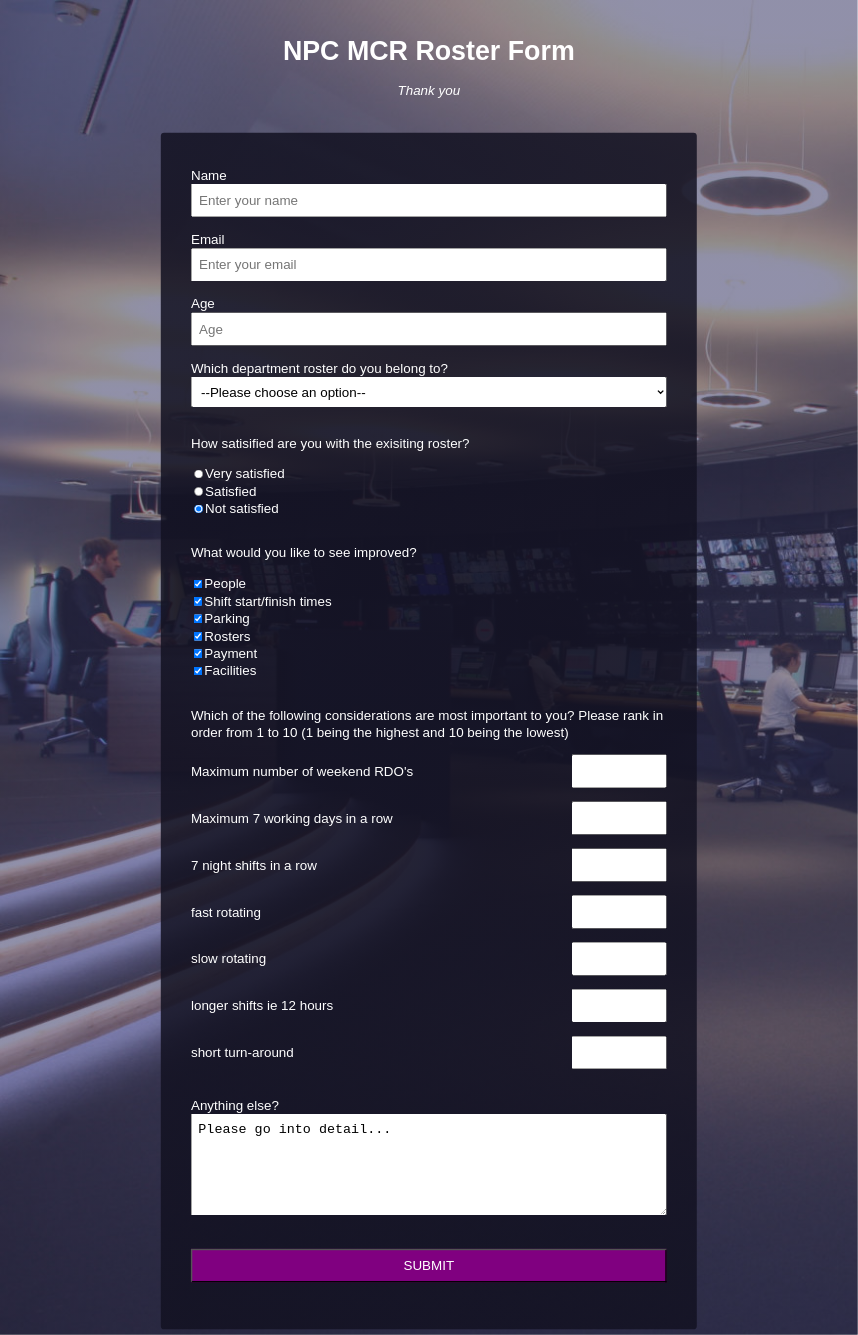
Repository: rvass/fcc-survey-form
Page: index.html
The author's editor kept a record of every edit. The page is drawn from the files as they stood at one moment, then again after the next edit.
The browser window is 1280 px wide. The pictures show the whole page, at 67% of full size.

Above is the page before.

After the next edit:
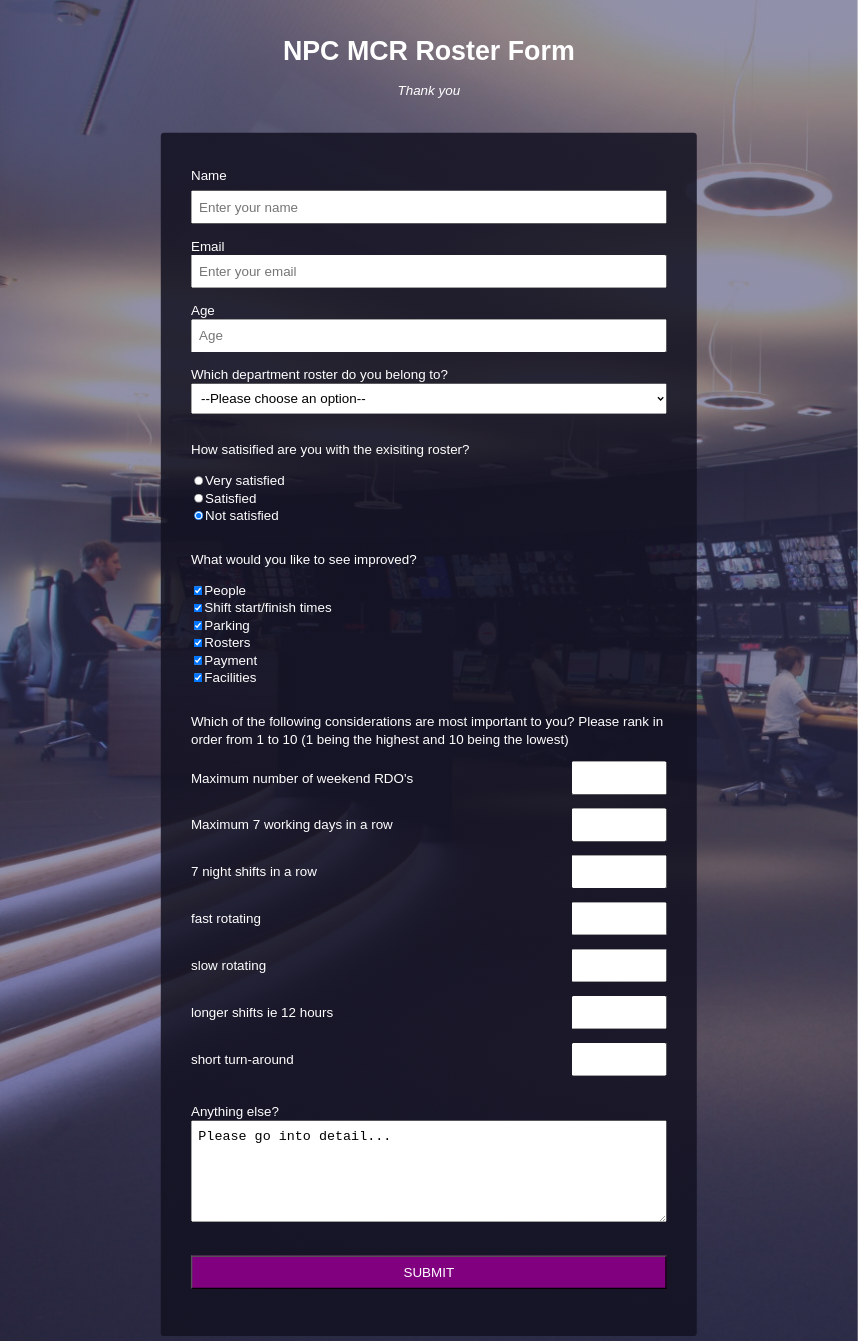
The edit:
--- a/index.html
+++ b/index.html
@@ -10,7 +10,7 @@
             <p id="description">Thank you</p>
         </header>
         <form id="survey-form" action="mailto:rvass@npcmedia.com.au">
-            <div>
+            <div class="form-div">
                 <label id="name-label" for="name">Name</label>
                 <input type="text" placeholder="Enter your name" id="name">
             </div>
